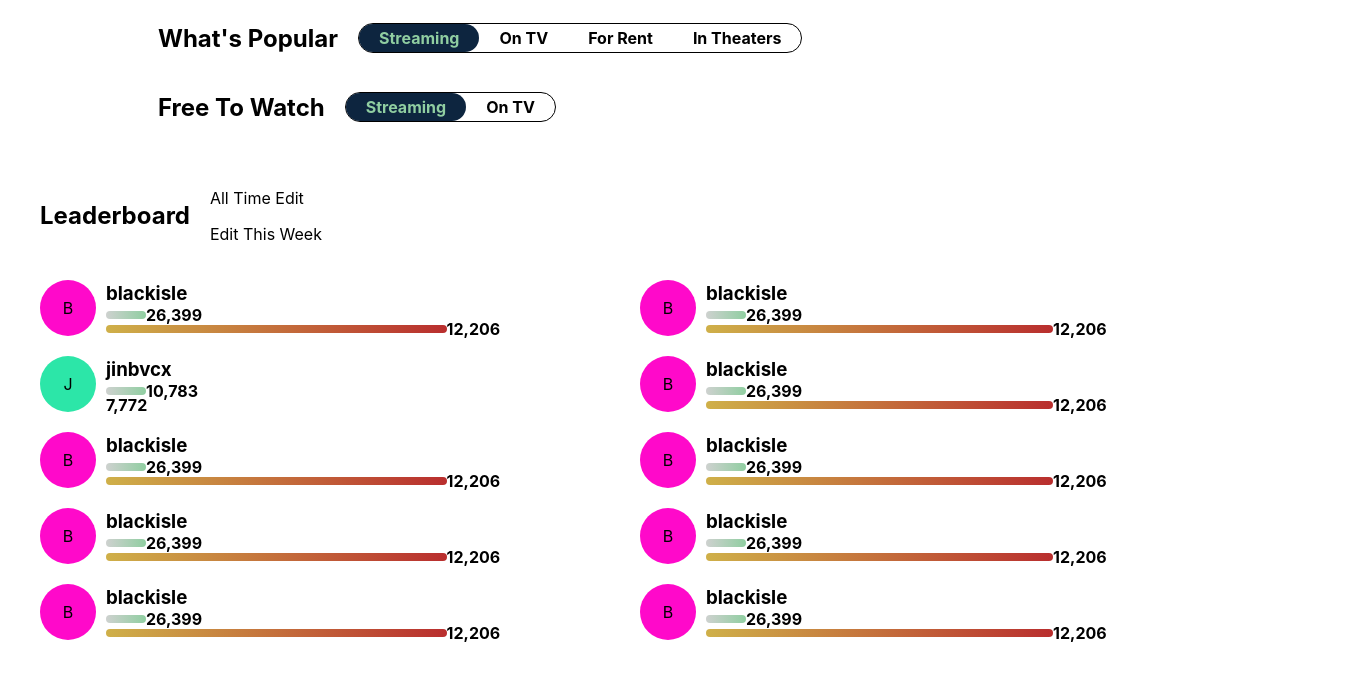
Repository: Fauzaanmhmd/qnpTesFrontend
Page: /
These files come from the project's save history. The page is drawn as it stood at one moment and after the next save; the edit follows.
The browser window is 1280 px wide. The page is 1371 px wide, so the pictures cover 1371 px, including what lies to the right of the window. The pictures show the part of the page from y = 364 to 1054 px (the page is 1054 px tall).
The page's requests for data from a server got no answer. The project was rebuilt for these pictures with package versions that can differ from the ones it lists, and the page was loaded fresh each time. The framework's server and built-in components were replaced by stand-ins that run in the browser. No one was signed in, and anything a server would have sent is missing. Also part of the build but not shown: next.config.js, styles/Moviecard.module.scss, pages/components/Moviecard.tsx.

Above is the page before, as saved 2022-03-20 22:37:54.

After the next save:
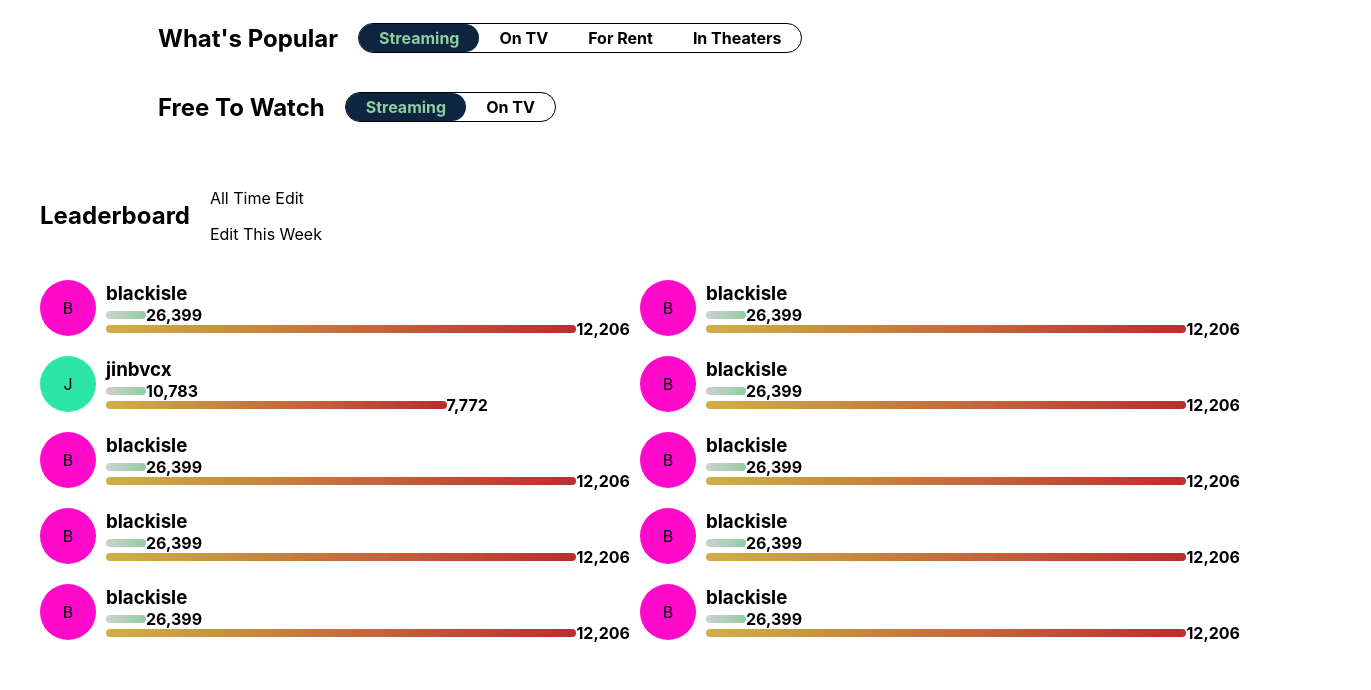
Saved 35 s later.
--- a/styles/Leaderboard.module.scss
+++ b/styles/Leaderboard.module.scss
@@ -134,7 +134,7 @@
     border-radius: 4px;
     background: linear-gradient(to right, $logoorange, $logored);
 }
-.gaugeThisWeek {
+.gaugeThisWeekJ {
     width: 65%;
     height: 100%;
     min-width: 40px;
